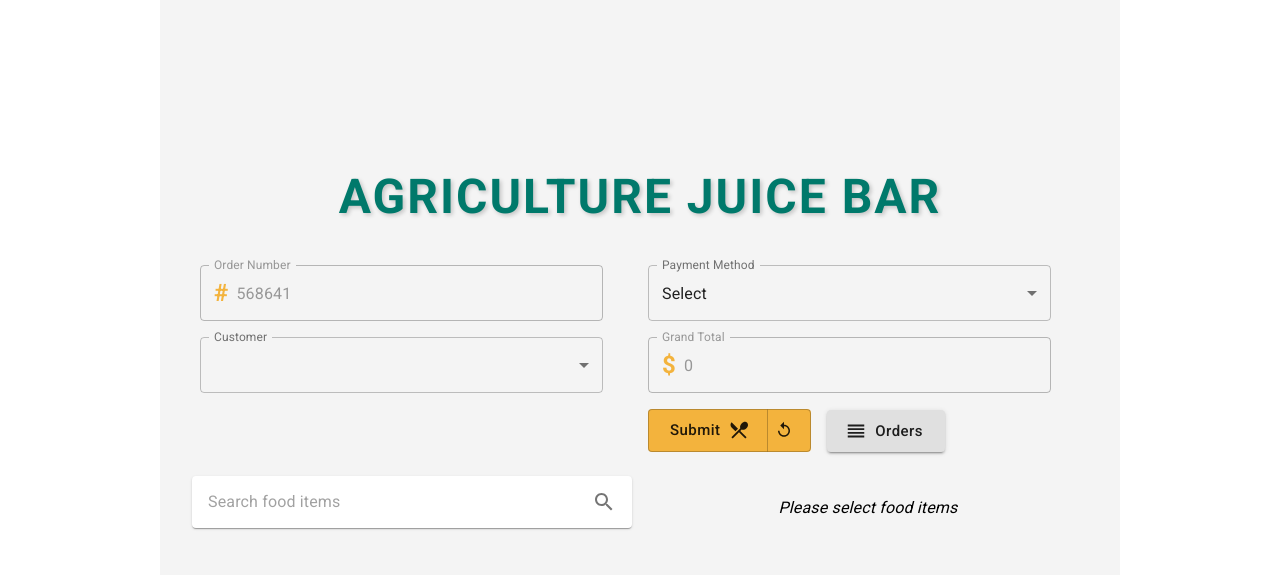
Repository: CydexCode/JuiceBarApplication
Page: / (app in restaurant-app/)
The author's editor kept a copy of each file at every save. The page is drawn from the files as they stood at one save, then again after the next save.
The browser window is 1280 px wide. The pictures show the whole page.
The page's requests for data from a server got no answer. The project was rebuilt for these pictures with package versions that can differ from the ones it lists, and the page was loaded fresh each time. No one was signed in, and anything a server would have sent is missing. Also part of the build but not shown: restaurant-app/src/layouts/Table.js, restaurant-app/src/components/Order/OrderList.js.

Above is the page before, as saved 2024-02-06 08:00:21.

### restaurant-app/public/index.html
<!DOCTYPE html>
<html lang="en">
  <head>
    <meta charset="utf-8" />
    <link rel="icon" href="%PUBLIC_URL%/favicon.ico" />
    <meta name="viewport" content="width=device-width, initial-scale=1" />
    <meta name="theme-color" content="#000000" />
    <meta
      name="description"
      content="Web site created using create-react-app"
    />
    <link rel="apple-touch-icon" href="%PUBLIC_URL%/logo192.png" />
    <!--
      manifest.json provides metadata used when your web app is installed on a
      user's mobile device or desktop. See https://developers.google.com/web/fundamentals/web-app-manifest/
    -->
    <link rel="manifest" href="%PUBLIC_URL%/manifest.json" />
    <!--
      Notice the use of %PUBLIC_URL% in the tags above.
      It will be replaced with the URL of the `public` folder during the build.
      Only files inside the `public` folder can be referenced from the HTML.

      Unlike "/favicon.ico" or "favicon.ico", "%PUBLIC_URL%/favicon.ico" will
      work correctly both with client-side routing and a non-root public URL.
      Learn how to configure a non-root public URL by running `npm run build`.
    -->

    <link rel="preconnect" href="https://fonts.googleapis.com" />
<link rel="preconnect" href="https://fonts.gstatic.com" crossorigin />
<link
  rel="stylesheet"
  href="https://fonts.googleapis.com/css2?family=Roboto:wght@300;400;500;600;700&display=swap"
/>

<link
  rel="stylesheet"
  href="https://fonts.googleapis.com/icon?family=Material+Icons"
/>

    <title>React App</title>

  </head>
  <body>
    <noscript>You need to enable JavaScript to run this app.</noscript>
    <div id="root"></div>
    <!--
      This HTML file is a template.
      If you open it directly in the browser, you will see an empty page.

      You can add webfonts, meta tags, or analytics to this file.
      The build step will place the bundled scripts into the <body> tag.

      To begin the development, run `npm start` or `yarn start`.
      To create a production bundle, use `npm run build` or `yarn build`.
    -->
  </body>
</html>

### restaurant-app/src/index.css
body {
  margin: 0;
  font-family:'Roboto', -apple-system, BlinkMacSystemFont, 'Segoe UI', 'Oxygen',
    'Ubuntu', 'Cantarell', 'Fira Sans', 'Droid Sans', 'Helvetica Neue',
    sans-serif;
  -webkit-font-smoothing: antialiased;
  -moz-osx-font-smoothing: grayscale;
}

code {
  font-family: source-code-pro, Menlo, Monaco, Consolas, 'Courier New',
    monospace;
}

### restaurant-app/src/App.js
import React from 'react';
import { Container, Typography, makeStyles } from '@material-ui/core';
import Order from './components/Order';
import { fontWeight } from '@mui/system';

const useStyles = makeStyles((theme) => ({
  container: {
    backgroundColor: '#f4f4f4',
    padding: theme.spacing(4),
    display: 'flex',
    flexDirection: 'column',
    alignItems: 'center',
    justifyContent: 'center',
    minHeight: '100vh',
  },
  title: {
    marginBottom: theme.spacing(4),
    fontSize: '3rem',

    color: '#00796b', // Green color
    textAlign: 'center',
    textTransform: 'uppercase',
    letterSpacing: '2px',
    textShadow: '2px 2px 4px rgba(0, 0, 0, 0.2)',
    fontWeight: 700,
  },
}));

function App() {
  const classes = useStyles();

  return (
    <Container className={classes.container} maxWidth="md">
      <Typography className={classes.title} gutterBottom variant="h2" align="center">
        Agriculture Juice Bar
      </Typography>
      <Order />
    </Container>
  );
}

export default App;

### restaurant-app/src/components/Order/index.js
import React from 'react'
import OrderForm from './OrderForm';
import { useForm } from '../../hooks/useForm';
import { ButtonGroup, Grid, InputAdornment, makeStyles, Button as MuiButton } from '@material-ui/core'
import SearchFoodItems from './SearchFoodItems';
import OrderedFoodItems from './OrderedFoodItems';


const generateOrderNumber = () => Math.floor(10000 + Math.random() * 900000).toString();

const getFreshModelObject = () =>({
  orderMasterId :0,
  orderNumber :generateOrderNumber(),
  customerId : 0,
  pMethod : 'none',
  gTotal : 0,
  deletedOrderItemIds:'',
  orderDetails : []
})

export default function Order() {

  const {
    values,
    setValues,
    errors,
    setErrors,
    handleInputChange,
    resetFormControls
  } = useForm(getFreshModelObject)




  return (


<Grid container spacing={2}>

<Grid item xs={12}>
<OrderForm {...{ setValues,values, errors, handleInputChange,setErrors,resetFormControls }} />
            </Grid>

            <Grid item xs={6}>
                <SearchFoodItems
                 {...{

                      values,
                      setValues
                }}
                />

            </Grid>
            <Grid item xs={6}>
                <OrderedFoodItems
                    {...{

                      values,
                      setValues
                      }}
                />
            </Grid>
        </Grid>


  )
}

### restaurant-app/src/hooks/useForm.js
import React, { useState } from 'react'

export function useForm(getFreshModelObject) {

    const [values, setValues] = useState(getFreshModelObject());
    const [errors, setErrors] = useState({});

    const handleInputChange = e => {
        const { name, value } = e.target
        setValues({
            ...values,
            [name]: value
        })
    }

    const resetFormControls = () => {
        setValues(getFreshModelObject());
        setErrors({})
    }

    return {
        values,
        setValues,
        errors,
        setErrors,
        handleInputChange,
        resetFormControls
    }
}

### restaurant-app/src/components/Order/SearchFoodItems.js
import React, { useState, useEffect } from 'react'
import { createAPIEndpoint, ENDPIONTS } from "../../api";
import { List, ListItem, ListItemText, Paper, InputBase, IconButton, makeStyles, ListItemSecondaryAction } from '@material-ui/core';
import SearchTwoToneIcon from '@mui/icons-material/SearchTwoTone';
import PlusOneIcon from '@mui/icons-material/PlusOne';
import ArrowForwardIosIcon from '@mui/icons-material/ArrowForwardIos';

const useStyles = makeStyles(theme => ({
    searchPaper: {
        padding: '2px 4px',
        display: 'flex',
        alignItems: 'center',
    },
    searchInput: {
        marginLeft: theme.spacing(1.5),
        flex: 1,
    },
    listRoot: {
        marginTop: theme.spacing(1),
        maxHeight: 450,
        overflow: 'auto',
        '& li:hover': {
            cursor: 'pointer',
            backgroundColor: '#E3E3E3'
        },
        '& li:hover .MuiButtonBase-root': {
            display: 'block',
            color: '#000',
        },
        '& .MuiButtonBase-root': {
            display: 'none'
        },
        '& .MuiButtonBase-root:hover': {
            backgroundColor: 'transparent'
        }
    }
}))

export default function SearchFoodItems(props) {


    const { values, setValues } = props;
    let orderedFoodItems = values.orderDetails;

    const [foodItems, setFoodItems] = useState([]);
    const [searchList, setSearchList] = useState([]);
    const [searchKey, setSearchKey] = useState('');
    const classes = useStyles();

    useEffect(() => {
        createAPIEndpoint(ENDPIONTS.FOODITEM).fetchAll()
            .then(res => {
                setFoodItems(res.data);
                setSearchList(res.data);
            })
            .catch(err => console.log(err))

    }, [])

    useEffect(() => {
        let x = [...foodItems];
        x = x.filter(y => {
            return y.foodItemName.toLowerCase().includes(searchKey.toLocaleLowerCase())
                && orderedFoodItems.every(item => item.foodItemId != y.foodItemId)
        });
        setSearchList(x);
    }, [searchKey, orderedFoodItems])

    const addFoodItem = foodItem => {
        let x = {
            orderMasterId: values.orderMasterId,
            orderDetailId: 0,
            foodItemId: foodItem.foodItemId,
            quantity: 1,
            foodItemPrice: foodItem.price,
            foodItemName: foodItem.foodItemName
        }
        setValues({
            ...values,
            orderDetails: [...values.orderDetails, x]
        })
    }




    return(

        <div>
        <Paper className = {classes.searchPaper}>
            <InputBase
            className={classes.searchInput}
            value={searchKey}
            onChange={e => setSearchKey(e.target.value)}
            placeholder="Search food items"/>
            <IconButton>
                < SearchTwoToneIcon ></SearchTwoToneIcon>
            </IconButton>
        </Paper>



        <List className={classes.listRoot}>
             {
             searchList.map((item, idx)=>(
                  <ListItem
                  key={idx}
                  onClick={e =>addFoodItem(item)}
                  >
                    <ListItemText
                      primary={item.foodItemName}
                      secondary = {'$'+item.price}/>
                       <ListItemSecondaryAction>
                                <IconButton onClick={e =>addFoodItem(item)}>
                                    <PlusOneIcon></PlusOneIcon>
                                    <ArrowForwardIosIcon/>
                                </IconButton>
                    </ListItemSecondaryAction>
                  </ListItem>

             ))
            }
        </List>

        </div>

    )

}

### restaurant-app/src/components/Order/OrderedFoodItems.js
import React from 'react'
import { List, ListItemText, Paper, ListItem, ListItemSecondaryAction, IconButton, ButtonGroup, Button, makeStyles } from '@material-ui/core';
// import DeleteTwoToneIcon from '@material-ui/icons/DeleteTwoTone';
import { roundTo2DecimalPoint } from "../../utils";
import DeleteTwoToneIcon from '@mui/icons-material/DeleteTwoTone';
import SearchFoodItems from './SearchFoodItems';
import Order from './index';



const useStyles = makeStyles(theme => ({
    paperRoot: {
        margin: '15px 0px',
        '&:hover': {
            cursor: 'pointer'
        },
        '&:hover $deleteButton': {
            display: 'block'
        }
    },
    buttonGroup: {
        backgroundColor: '#E3E3E3',
        borderRadius: 8,
        '& .MuiButtonBase-root ': {
            border: 'none',
            minWidth: '25px',
            padding: '1px'
        },
        '& button:nth-child(2)': {
            fontSize: '1.2em',
            color: '#000'
        }
    },
    deleteButton: {
        display: 'none',
        '& .MuiButtonBase-root': {
            color: '#E81719'
        },
    },
    totalPerItem: {
        fontWeight: 'bolder',
        fontSize: '1.2em',
        margin: '0px 10px'
    }
}))

export default function OrderedFoodItems(props) {

    const {values,setValues } = props;
    const classes = useStyles();

    let orderedFoodItems = values.orderDetails;

    const removeFoodItem = (index, id) => {
        debugger;
        let x = { ...values };
        x.orderDetails = x.orderDetails.filter((_, i) => i != index);
        if (id != 0)
            x.deletedOrderItemIds += id + ',';
        setValues({ ...x });
      }

    const updateQuantity = (idx, value) => {
        let x = { ...values };
        let foodItem = x.orderDetails[idx];
        if (foodItem.quantity + value > 0) {
            foodItem.quantity += value;
            setValues({ ...x });
        }
    }


  return (
   <List>
     {   orderedFoodItems.length == 0 ?
      <ListItem>
      <ListItemText
          primary="Please select food items"
          primaryTypographyProps={{
              style: {
                  textAlign: 'center',
                  fontStyle: 'italic'
              }
          }}
      />
  </ListItem>
    : orderedFoodItems.map((item,idx)=>(
        <paper key={idx} className={classes.paperRoot}>
            <ListItem>
                <ListItemText
                    primary={item.foodItemName}
                    primaryTypographyProps={{
                                    component: 'h1',
                                    style: {
                                        fontWeight: '500',
                                        fontSize: '1.2em'
                                    }
                                }}
                      secondary = {
                        <>
                        <ButtonGroup
                        className={classes.buttonGroup}
                        size="small">
                            <Button
                            onClick={e => updateQuantity(idx, -1)}
                            >-</Button>
                            <Button
                            disabled
                            >{item.quantity}</Button>
                            <Button
                             onClick={e => updateQuantity(idx, +1)}
                            >+</Button>
                        </ButtonGroup>
                        <span className={classes.totalPerItem}>
                        {'$' + roundTo2DecimalPoint(item.quantity * item.foodItemPrice)}
                        </span>
                        </>
                      }
                      secondaryTypographyProps={{
                        component: 'div'
                      }}

                />
                <ListItemSecondaryAction
                className={classes.deleteButton}
                >
                    <IconButton
                    disableRipple
                    onClick={ e => removeFoodItem(idx,item.orderDetailId)}
                    >
                        <DeleteTwoToneIcon/>

                    </IconButton>
                </ListItemSecondaryAction>
            </ListItem>

        </paper>
     ))

     }
   </List>
  )
}

### restaurant-app/src/layouts/Form.js
import React from 'react'

import { makeStyles } from "@material-ui/core";

const useStyles = makeStyles(theme => ({
    root: {
        '& .MuiFormControl-root': {
            width: '90%',
            margin: theme.spacing(1)
        }
    }
}))

export default function Form(props) {
    const classes = useStyles();
    const { children, ...other } = props;


    return (
        <form className={classes.root} noValidate autoComplete="off" {...other}>
            {children}
        </form>
    )
}

### restaurant-app/src/controls/index.js
export { default as Button } from './Button'
export { default as Input } from './Input'
export { default as Select } from './Select'

### restaurant-app/src/api/index.js
import axios from "axios";

const BASE_URL = 'http://localhost:53688/api/';

export const ENDPIONTS = {
    CUSTOMER: 'Customer',
    FOODITEM: 'FoodItem',
    ORDER: 'Order'
}

export const createAPIEndpoint = endpoint => {

    let url = BASE_URL + endpoint + '/';
    return {
        fetchAll: () => axios.get(url),
        fetchById: id => axios.get(url + id),
        create: newRecord => axios.post(url, newRecord),
        update: (id, updatedRecord) => axios.put(url + id, updatedRecord),
        delete: id => axios.delete(url + id)
    }
}

### restaurant-app/src/utils/index.js
export const roundTo2DecimalPoint = value => Math.round((value + Number.EPSILON) * 100) / 100;

### restaurant-app/src/layouts/Popup.js
import React from 'react'
import { Dialog, DialogTitle, DialogContent, makeStyles, Typography, IconButton } from '@material-ui/core';
import CloseIcon from '@mui/icons-material/Close';

const useStyles = makeStyles(theme => ({
    dialogWrapper: {
        padding: theme.spacing(2),
        position: 'absolute',
        top: theme.spacing(5)
    },
    dialogTitle: {
        paddingRight: '0px'
    }
}))

export default function Popup(props) {

    const { title, children, openPopup, setOpenPopup } = props;
    const classes = useStyles();

    return (
        <Dialog open={openPopup} maxWidth="md" classes={{ paper: classes.dialogWrapper }}>
            <DialogTitle className={classes.dialogTitle}>
                <div style={{ display: 'flex' }}>
                    <Typography variant="h6" component="div" style={{ flexGrow: 1 }}>
                        {title}
                    </Typography>
                    <IconButton
                        onClick={() => { setOpenPopup(false) }}>
                        <CloseIcon />
                    </IconButton>
                </div>
            </DialogTitle>
            <DialogContent dividers>
                {children}
            </DialogContent>
        </Dialog>
    )
}

### restaurant-app/src/layouts/Notification.js
import React from 'react'
import { Snackbar, makeStyles } from '@material-ui/core';
import { Alert } from '@material-ui/lab';

const useStyles = makeStyles(theme => ({
    root: {
        top: theme.spacing(9),
        '& .MuiAlert-root': {
            backgroundColor: '#f3b33d',
            color: '#000'
        },
        '& .MuiAlert-icon': {
            color: '#000'
        }
    }
}))

export default function Notification(props) {

    const { notify, setNotify } = props;
    const classes = useStyles()

    const handleClose = (event, reason) => {
        if (reason === 'clickaway') {
            return;
        }
        setNotify({
            ...notify,
            isOpen: false
        })
    }

    return (
        <Snackbar
            autoHideDuration={3000}
            className={classes.root}
            open={notify.isOpen}
            anchorOrigin={{ vertical: 'top', horizontal: 'right' }}
            onClose={handleClose}>
            <Alert
                onClose={handleClose}>
                {notify.message}
            </Alert>
        </Snackbar>
    )
}

### restaurant-app/src/controls/Button.js
import React from 'react'
import { Button as MuiButton, makeStyles } from "@material-ui/core";

const useStyles = makeStyles(theme => ({
    root: {
        margin: theme.spacing(1),
        '& .MuiButton-label': {
            textTransform: 'none'
        }
    }
}))

export default function Button(props) {

    const { children, color, variant, onClick, className, ...other } = props;
    const classes = useStyles();

    return (
        <MuiButton
            className={classes.root + ' ' + (className || '')}
            variant={variant || "contained"}
            color={color || "default"}
            onClick={onClick}
            {...other}>
            {children}
        </MuiButton>
    )
}

### restaurant-app/src/controls/Input.js
import React from 'react'
import { TextField } from '@material-ui/core';

export default function Input(props) {

    const { name, label, value, variant, onChange, error = null, ...other } = props;
    return (
        <TextField
            variant={variant || "outlined"}
            label={label}
            name={name}
            value={value}
            onChange={onChange}
            {...other}
            {...(error && { error: true, helperText: error })}
        />
    )
}

### restaurant-app/src/controls/Select.js
import React from 'react'
import { FormControl, InputLabel, Select as MuiSelect, MenuItem, FormHelperText } from '@material-ui/core';

export default function Select(props) {

    const { name, label, value, varient, onChange, options, error = null } = props;

    return (
        <FormControl
            variant={varient || "outlined"}
            {...(error && { error: true })}>
            <InputLabel>{label}</InputLabel>
            <MuiSelect
                label={label}
                name={name}
                value={value}
                onChange={onChange}>
                {
                    options.map(
                        item => (<MenuItem key={item.id} value={item.id}>{item.title}</MenuItem>)
                    )
                }
            </MuiSelect>
            {error && <FormHelperText>{error}</FormHelperText>}
        </FormControl>
    )
}

Loaded but not shown: restaurant-app/src/index.js (common file); restaurant-app/src/reportWebVitals.js (common file); restaurant-app/src/components/Order/OrderForm.js (213 lines, source omitted)

After the next save:
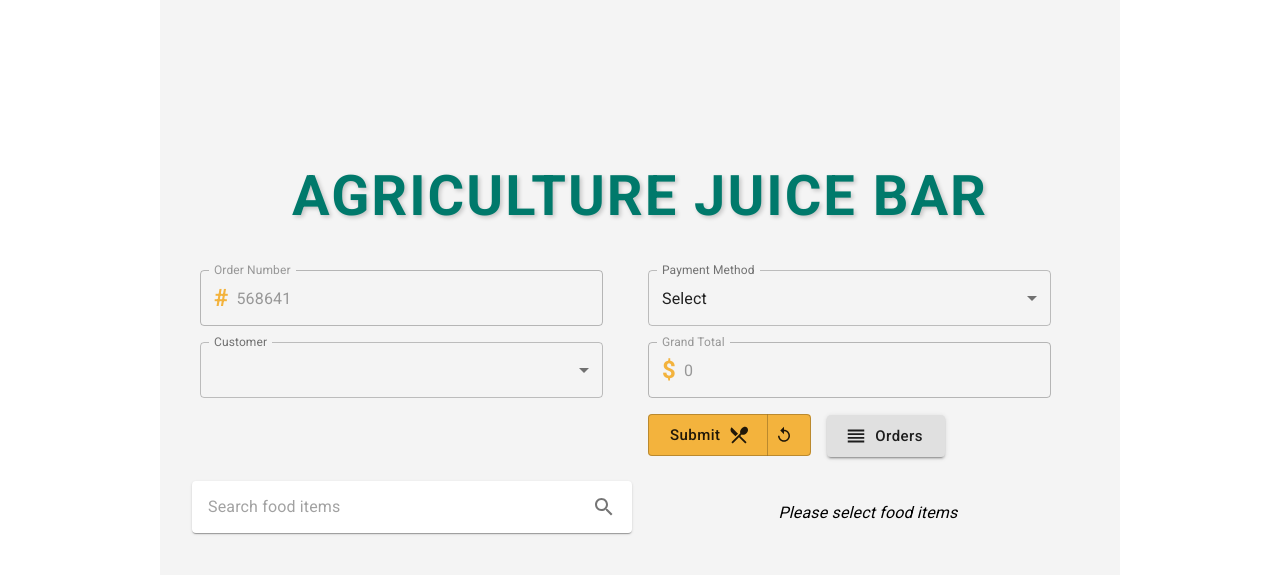
Saved 19 s later.
--- a/restaurant-app/src/App.js
+++ b/restaurant-app/src/App.js
@@ -15,7 +15,7 @@ const useStyles = makeStyles((theme) => ({
   },
   title: {
     marginBottom: theme.spacing(4),
-    fontSize: '3rem',
+    fontSize: '3.5rem',
 
     color: '#00796b', // Green color
     textAlign: 'center',
